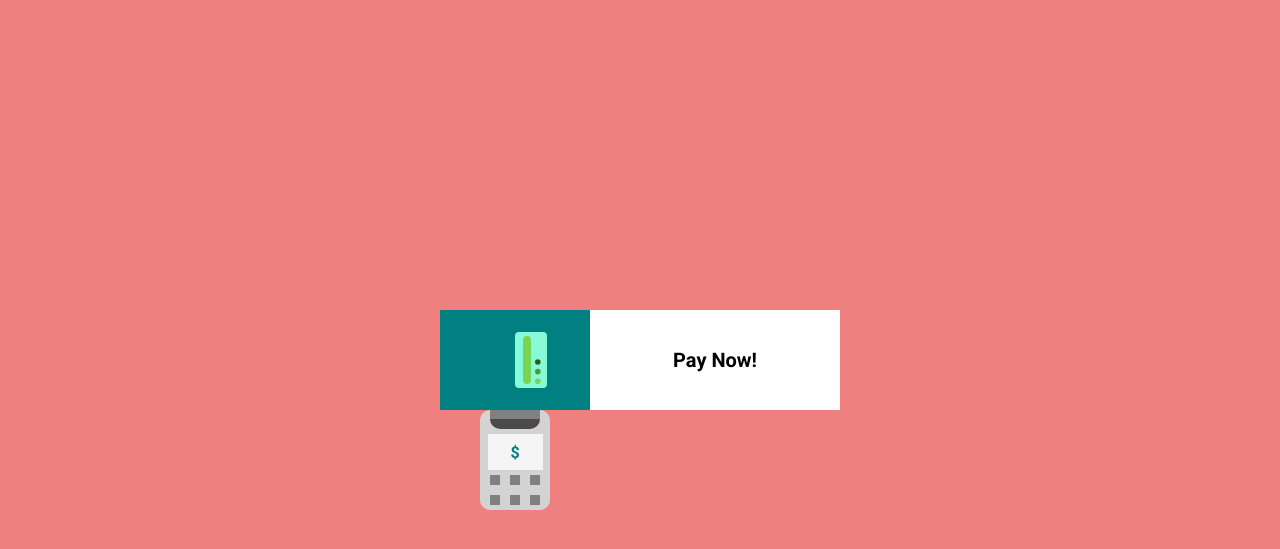
Repository: safak/animation
Page: index.html
These files come from the project's save history. The page is drawn as it stood at one moment and after the next save; the edit follows.
The browser window is 1280 px wide. The pictures show the whole page.
The pointer rests on the first visible `.container`.

Above is the page before, as saved 2020-12-19 01:15:55.

After the next save:
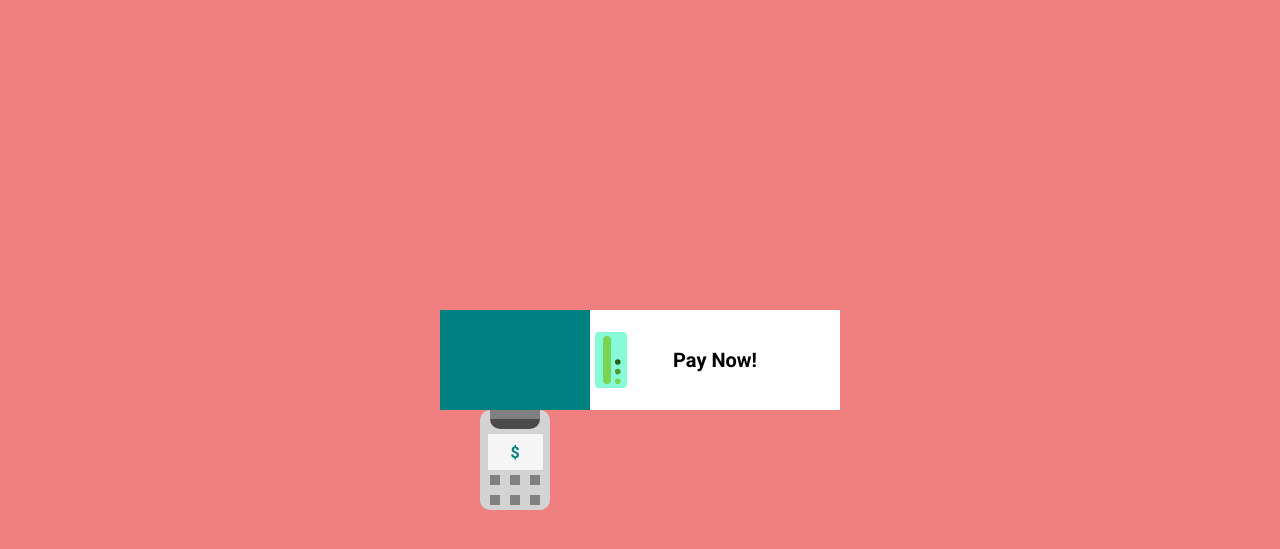
Saved 7 s later.
--- a/style.css
+++ b/style.css
@@ -141,5 +141,5 @@ body {
 }
 
 .container:hover .card{
-  transform: rotate(-90deg) scale(.8) translateY(20px);
+  transform: rotate(-90deg) scale(.8) translateY(120px);
 }
